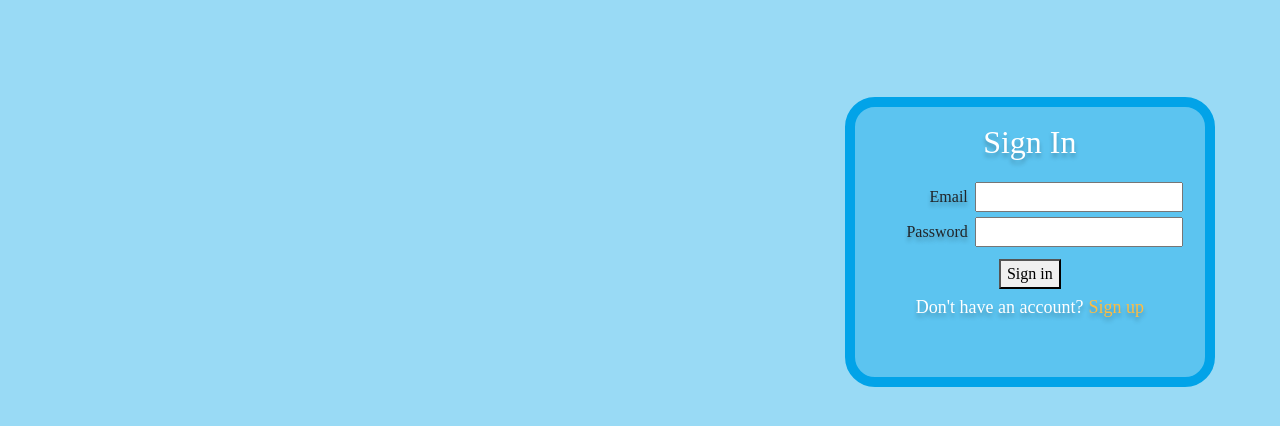
Repository: uprm-inso-4115-2019-2020-S2/semester-project-inso4115-DisasterAid-backend
Page: /donate-modal (app in disaster-aid/)
These files come from the project's save history. The page is drawn as it stood at one moment and after the next save; the edit follows.
The browser window is 1280 px wide. The pictures show the whole page.
The project was rebuilt for these pictures with package versions that can differ from the ones it lists, and the page was loaded fresh each time. Also part of the build but not shown: disaster-aid/angular.json, disaster-aid/src/app/login/login.component.ts, disaster-aid/src/app/register/register.component.ts, disaster-aid/src/app/home/home.component.ts, disaster-aid/src/app/landing-page/landing-page.component.ts, disaster-aid/src/app/donations/donations.component.ts, disaster-aid/src/app/donations.service.ts.

Above is the page before, as saved 2020-05-08 04:11:11.

### disaster-aid/src/index.html
<!doctype html>
<html lang="en">
<head>
  <meta charset="utf-8">
  <title>DisasterAid</title>
  <base href="/">
  <meta name="viewport" content="width=device-width, initial-scale=1">
  <link rel="icon" type="image/x-icon" href="favicon.ico">
</head>
<body>
  <app-root></app-root>
</body>
</html>

### disaster-aid/src/styles.css
/* You can add global styles to this file, and also import other style files */

html { background-color:rgba(2, 163, 232, 0.4); }

### disaster-aid/src/app/app.module.ts
import { BrowserModule } from '@angular/platform-browser';
import { NgModule } from '@angular/core';
import { FormsModule, ReactiveFormsModule } from '@angular/forms';



import { AppRoutingModule } from './app-routing.module';
import { AppComponent } from './app.component';
import { RegisterComponent } from './register/register.component';
import { LoginComponent } from './login/login.component';
import { HttpClientModule } from '@angular/common/http';
import { HomeComponent } from './home/home.component'
import { UserApiService } from './userapi.service';
import { LandingPageComponent } from './landing-page/landing-page.component';
import { DonationsComponent } from './donations/donations.component';


@NgModule({
  declarations: [
    AppComponent,
    RegisterComponent,
    LoginComponent,
    HomeComponent,
    LandingPageComponent,
    DonationsComponent,
  ],
  imports: [
    BrowserModule,
    AppRoutingModule,
    FormsModule,
    ReactiveFormsModule,
    HttpClientModule
  ],
  providers: [UserApiService],
  bootstrap: [AppComponent]
})
export class AppModule { }

### disaster-aid/src/app/app-routing.module.ts
import { NgModule } from '@angular/core';
import { Routes, RouterModule } from '@angular/router';
import {LoginComponent} from './login/login.component';
import { RegisterComponent } from './register/register.component';
import { HomeComponent } from './home/home.component';
import { LandingPageComponent } from './landing-page/landing-page.component';
import { DonationsComponent } from './donations/donations.component';
import { DonateModalComponent} from './donate-modal/donate-modal.component';


const routes: Routes = [
  { path: '', redirectTo: '/landing_page', pathMatch: 'full'}, //Make home the default landing page
  { path: 'register', component: RegisterComponent},
  { path: 'login', component: LoginComponent },
  { path: 'home', component: HomeComponent},
  { path: 'landing_page', component: LandingPageComponent },
  { path: 'my-donations', component: DonationsComponent },
  { path: 'donate-modal', component: DonateModalComponent},

];

@NgModule({
  imports: [RouterModule.forRoot(routes)],
  exports: [RouterModule]
})
export class AppRoutingModule { }

### disaster-aid/src/app/app.component.ts
import { Component } from '@angular/core';

@Component({
  selector: 'app-root',
  templateUrl: './app.component.html',
  styleUrls: ['./app.component.css']
})
export class AppComponent {
  title = 'disaster-aid';
}

### disaster-aid/src/app/userapi.service.ts
import { Injectable } from '@angular/core';
import { HttpClient, HttpErrorResponse, HttpHeaders } from '@angular/common/http';
import { User } from './user';
import { Observable, throwError } from 'rxjs';
import { catchError } from 'rxjs/operators';


@Injectable({
  providedIn: 'root'
})
export class UserApiService {

  constructor(private httpClient:HttpClient) { }

  private _handleError(error: HttpErrorResponse | any) {
    let data = {};
                data = {
                    reason: error && error.error.reason ? error.error.reason : '',
                    status: error.status
                };
                console.error(data);
                return throwError(error);
  }

    public server:String = " http://localhost:5000/";

   public getUsers() : Observable<User[]> {
     return this.httpClient
     .get<User[]>(this.server + "DAD/users")
     .pipe(catchError (this._handleError));
   }

   public getUser(userID : String): Observable<User> {
    return this.httpClient
    .get<User>(this.server + `DAD/users/${userID}`)
    .pipe(catchError (this._handleError));
  }

  public createUser(user: User): Observable<any> {

    const httpOptions = {
      headers: new HttpHeaders ({
        'Content-Type':'application/json',
        'Accept': 'application/json'
      })
    };
    return this.httpClient
    .post(this.server + "DAD/users", user, httpOptions)
    .pipe(catchError (this._handleError));;
  }


}

### disaster-aid/src/app/donate-modal/donate-modal.component.ts
import { Component, OnInit } from '@angular/core';

@Component({
  selector: 'app-donate-modal',
  templateUrl: './donate-modal.component.html',
  styleUrls: ['./donate-modal.component.css']
})
export class DonateModalComponent implements OnInit {

  constructor() { }

  ngOnInit(): void {
  }

}

### disaster-aid/src/app/donate-modal/donate-modal.component.html
<div class="loginBox">
    <p style="font-size: xx-large; text-align: center; padding-top: 3%; color: white;">Sign In</p>
    <!-- <form [formGroup]="loginForm" (ngSubmit)="onSubmit(loginForm.value)"> -->
        <div style="text-align: right; padding-right: 22px;">
            <div>
                <label for="email" style="padding-right: 7px;">Email</label>
                <input class="input" id="email" type="email" formControlName="email">
            </div>
            <div>
                <label for="password" style="padding-right: 7px;">Password</label>
                <input class="input" id="password" type="password" formControlName="password">
            </div>
        </div>

        <div style="text-align: center; padding-top: 7px;">
            <button class="button" type="submit">Sign in</button>
        </div>
    <!-- </form> -->

    <div style="text-align: center; padding-top: 5px; font-size: large;">
        <label style="color: white; padding-right: 5px;">Don't have an account?</label>
        <a routerLink="/register" routerLinkActive="active" style="color:#FFBC40 ;">Sign up</a>
    </div>

</div>

### disaster-aid/src/app/donate-modal/donate-modal.component.css
.loginBox {
    position: absolute;
    width: 370px;
    height: 290px;
    left: 66%;
    top: 97px;
    background: rgba(2, 163, 232, 0.4);
    border: 10px solid #02A3E8;
    border-radius: 30px;
    font-family: 'Fredoka One', cursive;
    font-family: 'Gochi Hand', cursive;
    text-shadow: 0px 4px 4px rgba(0, 0, 0, 0.25);
}

Loaded but not shown: disaster-aid/src/main.ts (common file); disaster-aid/src/environments/environment.ts (common file); disaster-aid/src/app/app.component.html (common file); disaster-aid/src/app/app.component.css (no stored copy; drawn as an empty file)

After the next save:
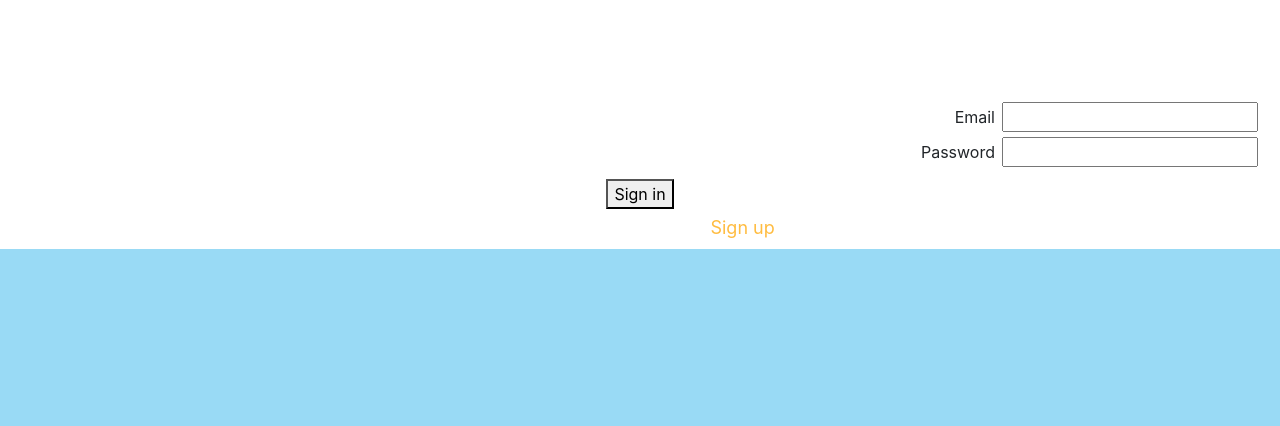
Saved 103 s later.
--- a/disaster-aid/src/app/donate-modal/donate-modal.component.css
+++ b/disaster-aid/src/app/donate-modal/donate-modal.component.css
@@ -1,4 +1,4 @@
-.loginBox {
+.donateBox {
     position: absolute;
     width: 370px;
     height: 290px;

After the save that followed:
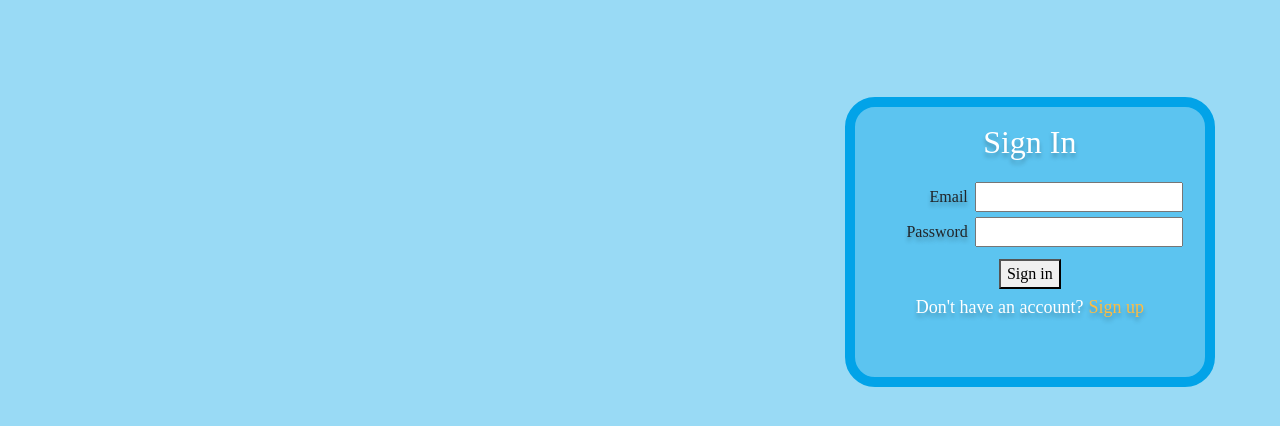
Saved 32 s later.
--- a/disaster-aid/src/app/donate-modal/donate-modal.component.html
+++ b/disaster-aid/src/app/donate-modal/donate-modal.component.html
@@ -1,4 +1,4 @@
-<div class="loginBox">
+<div class="donateBox">
     <p style="font-size: xx-large; text-align: center; padding-top: 3%; color: white;">Sign In</p>
     <!-- <form [formGroup]="loginForm" (ngSubmit)="onSubmit(loginForm.value)"> -->
         <div style="text-align: right; padding-right: 22px;">
